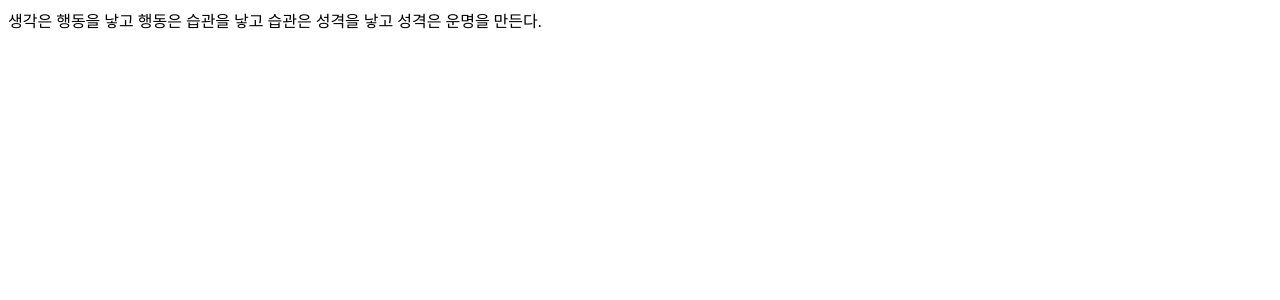
Repository: AkaKSR/Java_Convergence_New
Page: HTML0826/WebContent/Ex02.html
The author's editor kept a copy of each file at every save. The page is drawn from the files as they stood at one save, then again after the next save.
The browser window is 1280 px wide. The pictures show the whole page.

Above is the page before, as saved 2019-08-26 06:27:33.

After the next save:
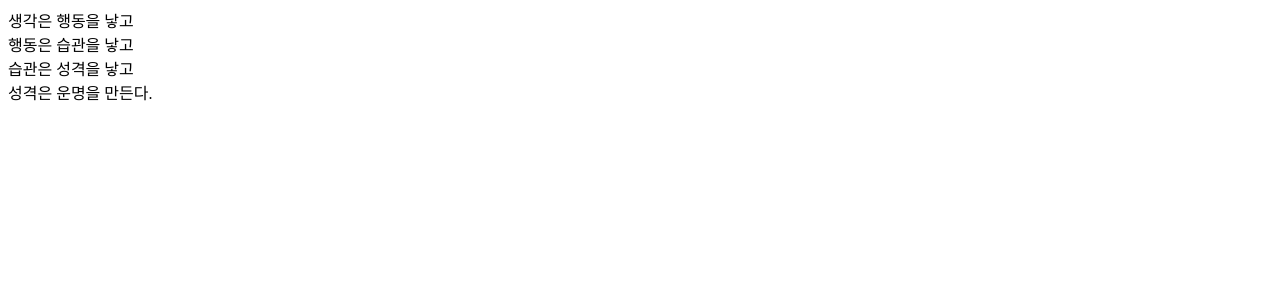
Saved 21 s later.
--- a/HTML0826/WebContent/Ex02.html
+++ b/HTML0826/WebContent/Ex02.html
@@ -5,9 +5,9 @@
 <title>태그 연습</title>
 </head>
 <body>
-	생각은 행동을 낳고
-		   행동은 습관을 낳고
-				  습관은 성격을 낳고
+	생각은 행동을 낳고<br />
+		   행동은 습관을 낳고<br />
+				  습관은 성격을 낳고<br />
 						 성격은 운명을 만든다.
 </body>
 </html>

After the save that followed:
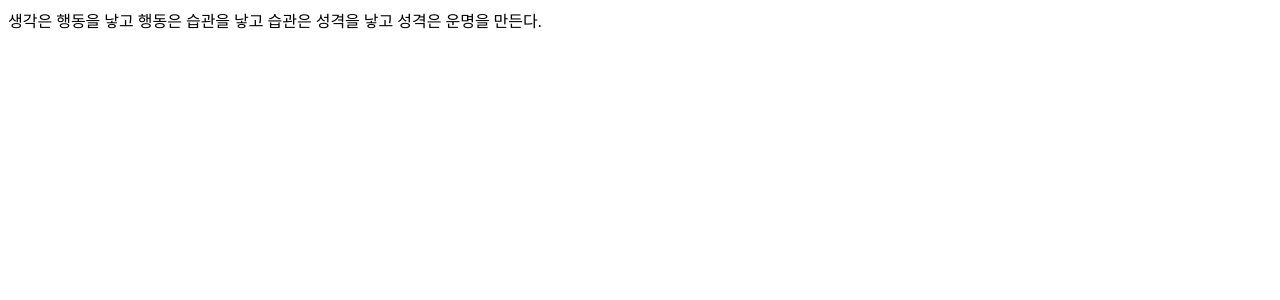
Saved 11 s later.
--- a/HTML0826/WebContent/Ex02.html
+++ b/HTML0826/WebContent/Ex02.html
@@ -5,9 +5,9 @@
 <title>태그 연습</title>
 </head>
 <body>
-	생각은 행동을 낳고<br />
-		   행동은 습관을 낳고<br />
-				  습관은 성격을 낳고<br />
+	생각은 행동을 낳고
+		   행동은 습관을 낳고
+				  습관은 성격을 낳고
 						 성격은 운명을 만든다.
 </body>
 </html>
